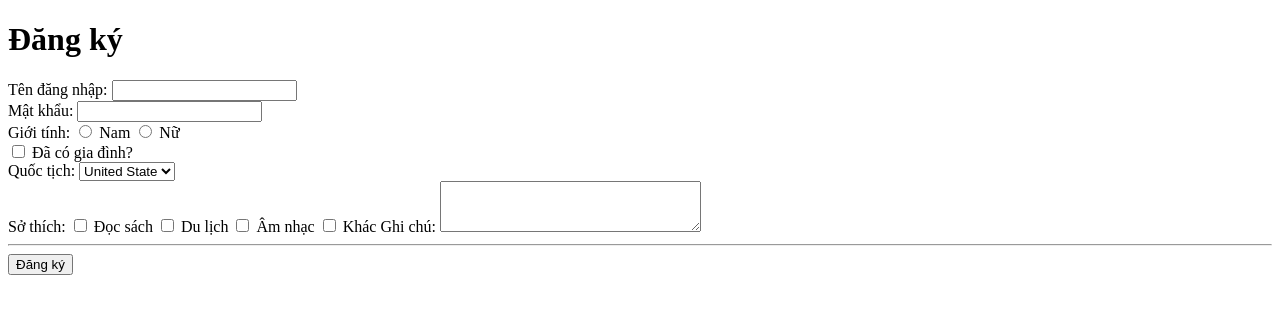
Repository: dquangv/Fpoly-Java4
Page: http://localhost/fpoly/views/dang-ky/form.jsp
The author's editor kept a copy of each file at every save. The page is drawn from the files as they stood at one save, then again after the next save.
The browser window is 1280 px wide. The pictures show the whole page.
The page is served by Tomcat 9.

Above is the page before, as saved 2024-06-23 08:48:22.

After the next save:
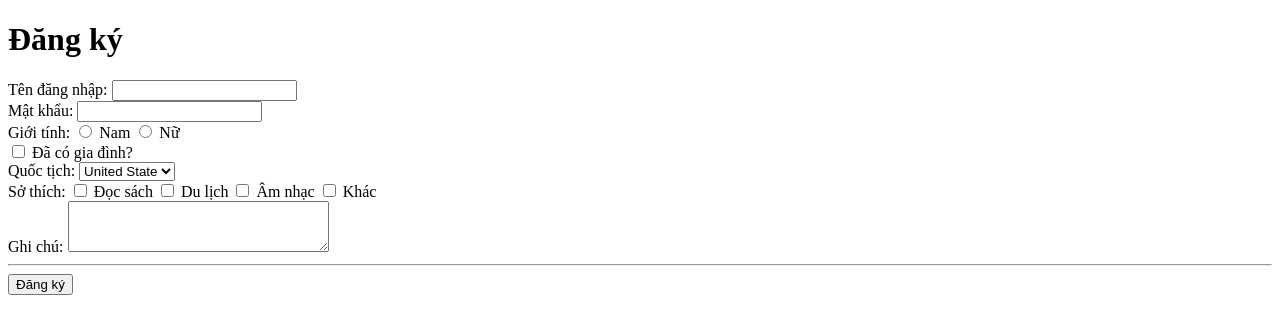
Saved 2 min 42 s later.
--- a/fpoly/src/main/webapp/views/dang-ky/form.jsp
+++ b/fpoly/src/main/webapp/views/dang-ky/form.jsp
@@ -39,7 +39,7 @@
 		<input type="checkbox" id="music" name="hobbies" value="music">
 		<label for="music">Âm nhạc</label>
 		<input type="checkbox" id="other" name="hobbies" value="other">
-		<label for="other">Khác</label>
+		<label for="other">Khác</label><br>
 
 		<span>Ghi chú: </span>
 		<textarea rows="3" cols="30" name="note"></textarea><hr>
